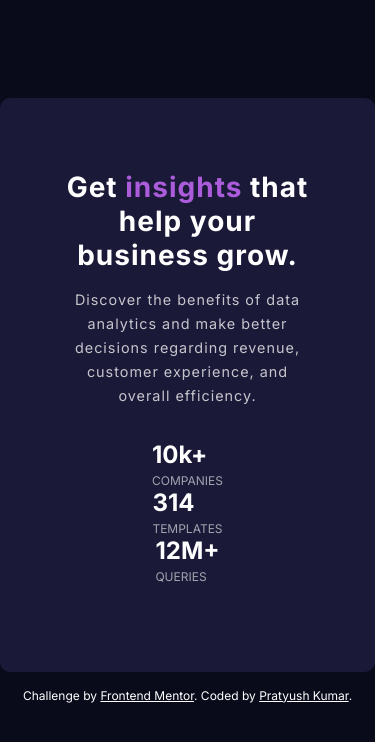
Repository: PratypartyY2K/frontendmentor-challenges
Page: stats-preview-card-component-main/index.html
The author's editor kept a copy of each file at every save. The page is drawn from the files as they stood at one save, then again after the next save.
The browser window is 375 px wide. The pictures show the whole page.

Above is the page before, as saved 2021-07-14 02:19:41.

### stats-preview-card-component-main/index.html
<!DOCTYPE html>
<html lang="en">

<head>
  <meta charset="UTF-8">
  <meta name="viewport" content="width=device-width, initial-scale=1.0">
  <!-- displays site properly based on user's device -->

  <link rel="icon" type="image/png" sizes="32x32" href="./images/favicon-32x32.png">
  <!--font families-->
  <link rel="preconnect" href="https://fonts.googleapis.com">
  <link rel="preconnect" href="https://fonts.gstatic.com" crossorigin>
  <link href="https://fonts.googleapis.com/css2?family=Inter:wght@400;700&display=swap" rel="stylesheet">
  <link rel="stylesheet" href="style.css">



  <title>Frontend Mentor | Stats preview card component</title>

</head>

<body>
  <div class="card-wrapper">
    <div class="card">
      <div class="heading">
        Get <span class="active">insights</span> that help your business grow.
      </div>
      <div class="card-content">
        Discover the benefits of data analytics and make better decisions regarding revenue, customer
        experience, and overall efficiency.
      </div>
      <div class="stats">
        <div>
          <h3>10k+</h3>
          companies
        </div>
        <div>
          <h3>314</h3>
          templates
        </div>
        <div>
          <h3>12M+</h3>
          queries
        </div>
      </div>
    </div>
    <div class="img-container">
      <div class="overlay">
      </div>
    </div>
  </div>
  <div class="attribution">
    Challenge by <a href="https://www.frontendmentor.io?ref=challenge" target="_blank">Frontend Mentor</a>.
    Coded by <a href="#">Pratyush Kumar</a>.
  </div>
</body>

</html>

### stats-preview-card-component-main/style.css
* {
    box-sizing: border-box;
}

body {
    background-color: hsl(233, 47%, 7%);
    margin: 0;
    display: flex;
    flex-direction: column;
    justify-content: center;
    align-items: center;
    min-height: 100vh;
    font-family: 'Inter', sans-serif;
}

.card-wrapper {
    background-color: hsl(244, 38%, 16%);
    display: flex;
    justify-content: center;
    border-radius: 10px;
    overflow: hidden;
}

.card {
    padding: 4rem 6.5rem 4rem 4rem;
}

.heading {
    font-size: 2.75rem;
    color: hsl(0, 0%, 100%);
    padding: 1rem 0;
    font-weight: 700;
    letter-spacing: 1px;
}

.heading .active {
    color: hsl(277, 64%, 61%);
}

.card-content {
    color: hsla(0, 0%, 100%, 0.75);
    font-size: 1rem;
    line-height: 1.5rem;
    padding-right: 4rem;
    letter-spacing: 1px;
}

.stats {
    display: flex;
    justify-content: space-between;
    padding-top: 4.5rem;
    padding-right: 5rem;
}

.stats > div {
    display: flex;
    flex-direction: column;
    align-items: baseline;
    color: hsla(0, 0%, 100%, 0.6);
    text-transform: uppercase;
    font-size: 0.75rem;
}

h3 {
    margin: 0;
    color: white;
    font-weight: 700;
    font-size: 1.5rem;
    margin-bottom: 0.25rem;
    text-transform: none;
}

.img-container {
    background-image: url(images/image-header-desktop.jpg);
    width: 100%;
    background-repeat: no-repeat;
    background-size: cover;
}

.overlay {
    background-color: blueviolet;
    height: 100%;
    mix-blend-mode:multiply;
}

.attribution { font-size: 0.75rem; text-align: center; color: white; margin-top: 1rem;}
.attribution a { color: hsl(228, 45%, 44%); color: white;}

@media only screen and (max-width: 600px) {

    body {
        max-width:max-content;
        padding: 0;
    }
    .card-wrapper {
        flex-direction: column-reverse;
        justify-content: baseline;
        font-size: 1rem;
        text-align: center;
    }

    .card {
        padding: 3.5rem;
    }

    .heading {
        font-size: 1.75rem;
    }

    .card-content {
        padding: 0 0.5rem;
        font-size: 0.9rem;
    }

    .stats {
        flex-direction: column;
        align-items: center;
        justify-content: center;
        padding: 2rem 0;
    }

    .stats > div {
        text-align: center;
    }

}

After the next save:
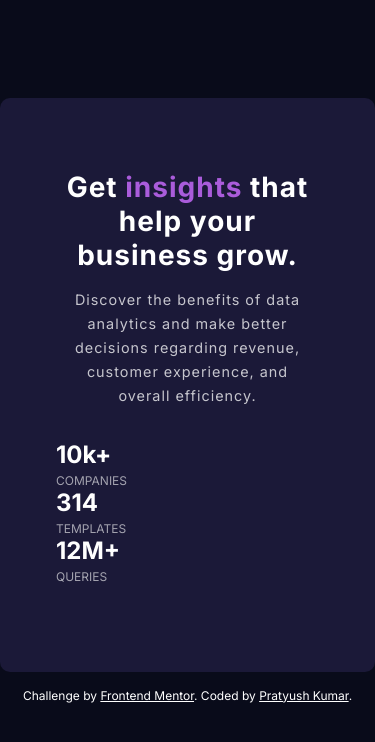
Saved 17 s later.
--- a/stats-preview-card-component-main/style.css
+++ b/stats-preview-card-component-main/style.css
@@ -114,7 +114,7 @@
 
     .stats {
         flex-direction: column;
-        align-items: center;
+        align-items: stretch;
         justify-content: center;
         padding: 2rem 0;
     }

After the save that followed:
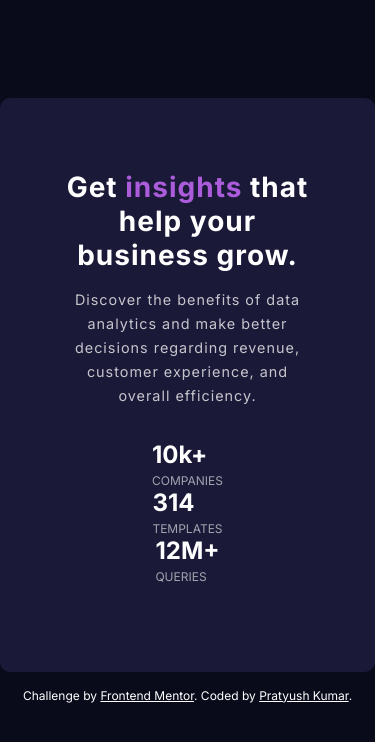
Saved 14 s later.
--- a/stats-preview-card-component-main/style.css
+++ b/stats-preview-card-component-main/style.css
@@ -114,8 +114,8 @@
 
     .stats {
         flex-direction: column;
-        align-items: stretch;
-        justify-content: center;
+        align-items: center;
+        justify-content: space-between;
         padding: 2rem 0;
     }
 
